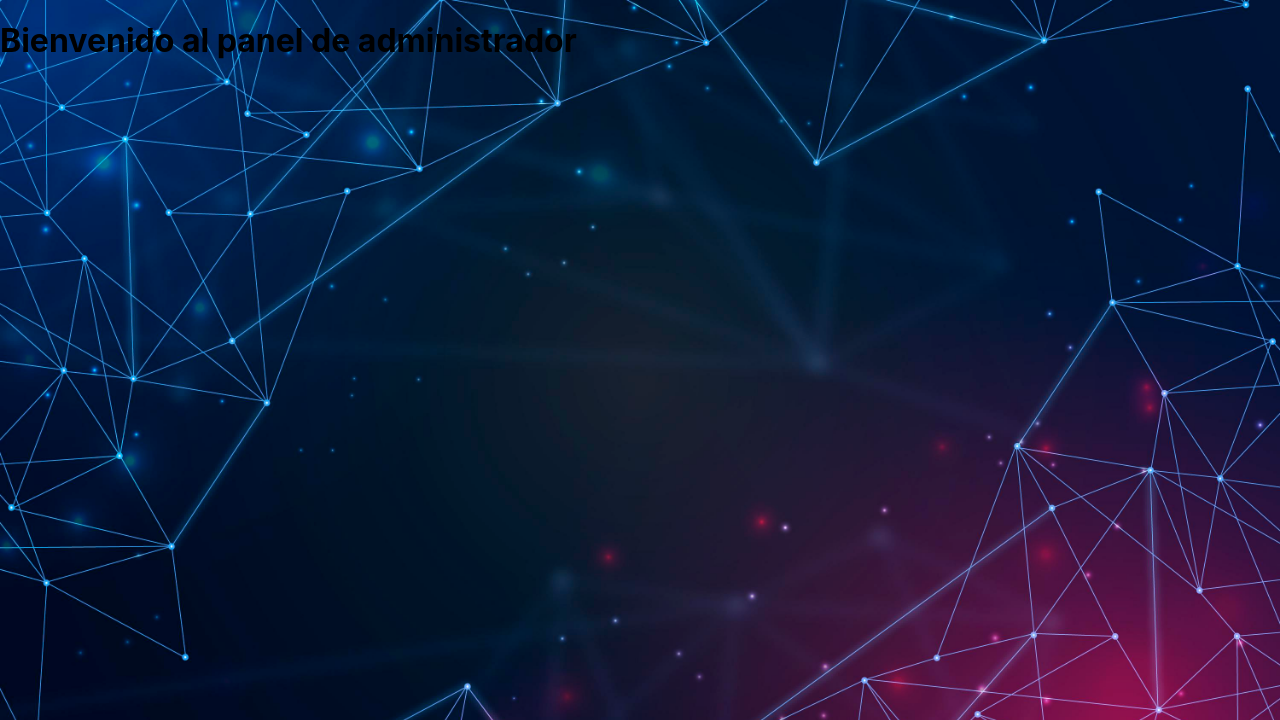
Repository: Davic1o/municipio
Page: /Administrador
These files come from the project's save history. The page is drawn as it stood at one moment and after the next save; the edit follows.
The browser window is 1280 px wide. The pictures show the whole page.
The project was rebuilt for these pictures with package versions that can differ from the ones it lists, and the page was loaded fresh each time. Also part of the build but not shown: src/pages/Login/login.css, src/pages/Login/Login.jsx, src/pages/Coord/Coord.jsx, src/pages/User/User.jsx, src/pages/Register/RegistroForm.jsx, src/pages/Register/CodigoAdmin.jsx, src/pages/Register/CheckboxAdmin.jsx, src/pages/Register/ErrorMensaje.jsx and 5 more.

Above is the page before, as saved 2024-02-12 12:38:46.

### src/index.js
import React from 'react';
import ReactDOM from 'react-dom/client';
import './index.css';
import App from './App';
import { BrowserRouter } from 'react-router-dom';

const root = ReactDOM.createRoot(document.getElementById('root'));
root.render(
  <BrowserRouter>
    <App />
   </BrowserRouter>
);

### src/index.css
body {
  margin: 0;
  font-family: -apple-system, BlinkMacSystemFont, 'Segoe UI', 'Roboto', 'Oxygen',
    'Ubuntu', 'Cantarell', 'Fira Sans', 'Droid Sans', 'Helvetica Neue',
    sans-serif;
  -webkit-font-smoothing: antialiased;
  -moz-osx-font-smoothing: grayscale;
}

code {
  font-family: source-code-pro, Menlo, Monaco, Consolas, 'Courier New',
    monospace;
}
input{
  text-decoration: none;
  border: none;
}
button{
  background-color: transparent;
  text-decoration: none;
  border: none;
}

### src/App.jsx

import Rutas from './routes/Rutas';

function App() {
  return (
    <div className="App">
      <Rutas/>

    </div>
  );
}

export default App;

### src/routes/Rutas.jsx
import React, { useEffect } from 'react';
import { Routes, Route, Switch, Redirect } from 'react-router-dom';

import Login from '../pages/Login/Login';
import Admin from '../pages/Administrador/Admin';
import Coord from '../pages/Coord/Coord';
import User from '../pages/User/User';
import Register from '../pages/Register/Register';
import ConfirmacionRegistro from '../pages/ConfirmacionRegistro/ConfirmacionRegistro';

function Rutas() {


  return (



      <Routes>
        <Route path="/" element={<Login />} />
        <Route path="/Registro" element={<Register />} />
        <Route path="/ConfirmacionRegistro" element={<ConfirmacionRegistro />} />
        <Route path="/Administrador" element={<Admin />}/>
        <Route path="/Coordinador"  element={<Coord />} />
        <Route path="/Usuario" element={<User />} />

      </Routes>



  );
}

export default Rutas;

### src/pages/Administrador/Admin.jsx
import React from 'react';
import './admin.css';

function Admin() {

  return (
    <div className="admin__container">
      <div className="contenido__derecho">
        <h1 className="titulo__usuario">Bienvenido al panel de administrador</h1>

      </div>
    </div>
  );
}

export default Admin;

### src/pages/Administrador/admin.css
.admin__container {
    background-image:  url('../../images/fondo_informacion.jpg');
    background-size: cover;
    height: 100vh;
    width: 100vw;
    box-sizing: border-box;
    display: flex;
    z-index: 0;
}
.menu__lateral{
    background: linear-gradient(to right, rgba(253, 0, 0, 0.486) 1%, rgba(16, 0, 235, 0.308));
    height: 100vh;
    width: 20vw;

}
.contenido__derecha{
    color: white;
    margin: 5vh 10vh;
}

### src/pages/Register/register.css

.register__recuadro{
    width: 400px;
    height: 800px;
    border-radius: 25px;
    background: linear-gradient(to right, rgba(253, 0, 0, 0.288) 1%, rgba(16, 0, 235, 0.171));
}
.register__formulario{
    margin-top: 60px;
}

.contenedor__zona {
    width: 325px;
    margin: 25px;
    padding-top: 20px;
    display: flex;
    align-items: flex-end; /* Alinea el contenido a la derecha */
    border-bottom: 2px solid white;
  }
  .label__check{
    color: white;
  }
  .contenedor__zona select {
    width: 300px;
    margin: 0px;
    font-size: 18px;
    background-color: transparent;
    color: rgb(0, 20, 50);
    border: none;
    padding-top: 5px;
    padding-bottom: 5px;
  }

  .contenedor__zona select:not(:focus) {
    background-color: transparent;
    color: rgba(255, 255, 255, 0.336);
  }

  .contenedor__zona select:focus {
    outline: none;
    border-bottom: 2px solid rgba(255, 255, 255, 0); /* Cambia el color del borde cuando el select está enfocado */
    background-color: #ffcccb; /* Color de fondo cuando el select está abierto */
  }
   .contenedor__zona select:focus option[value=""]:first-child {
    color: rgba(255, 255, 255, 0); /* Puedes ajustar el color según tus preferencias */
  }

Loaded but not shown: public/index.html (common file)

After the next save:
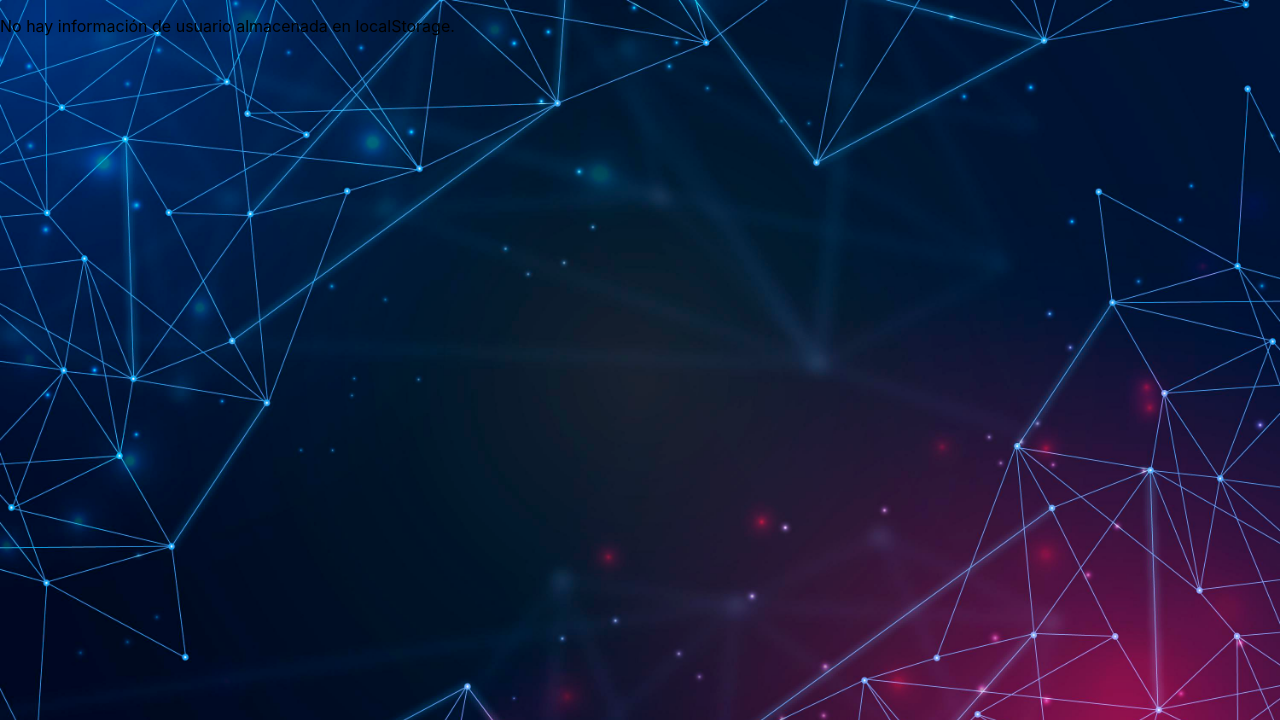
Saved 54 s later.
--- a/src/pages/Administrador/Admin.jsx
+++ b/src/pages/Administrador/Admin.jsx
@@ -1,13 +1,32 @@
-import React from 'react';
+import React, { useEffect, useState } from 'react';
 import './admin.css';
 
 function Admin() {
+  const [userData, setUserData] = useState(null);
+
+  useEffect(() => {
+    // Recuperar la información del localStorage
+    const storedUser = localStorage.getItem('user');
+
+    // Parsear la información si existe
+    if (storedUser) {
+      const parsedUser = JSON.parse(storedUser);
+      setUserData(parsedUser);
+    }
+  }, []); // El segundo argumento [] asegura que este efecto solo se ejecute una vez al montar el componente
 
   return (
     <div className="admin__container">
       <div className="contenido__derecho">
-        <h1 className="titulo__usuario">Bienvenido al panel de administrador</h1>
-
+        {userData ? (
+          <>
+            <h1 className="titulo__usuario">Bienvenido al panel de administrador</h1>
+            <p>Usuario: {userData.username}</p>
+            {/* Puedes mostrar más información del usuario según tu estructura de datos */}
+          </>
+        ) : (
+          <p>No hay información de usuario almacenada en localStorage.</p>
+        )}
       </div>
     </div>
   );
